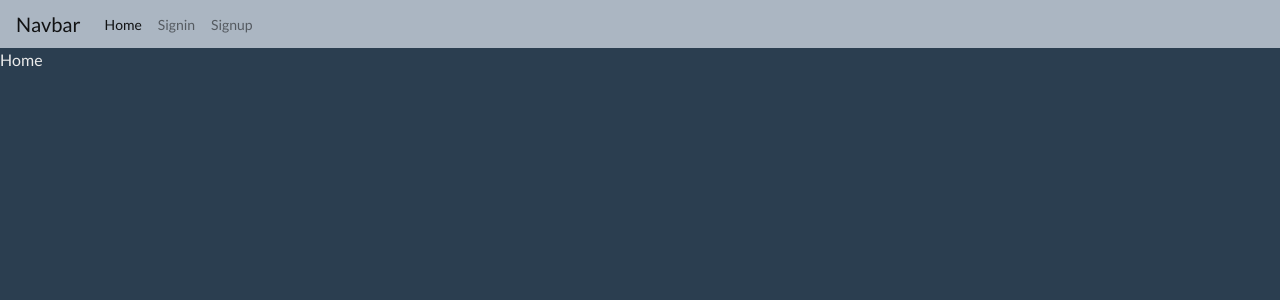
Repository: godlikeAlex/ecommerce-frontend-react
Page: /
An editor plug-in stored every save of this project. The page is shown before and after the next save, followed by the edit.
The browser window is 1280 px wide. The pictures show the whole page.
The project was rebuilt for these pictures with package versions that can differ from the ones it lists, and the page was loaded fresh each time. Also part of the build but not shown: src/components/Auth/SignIn.js, src/components/Auth/SignUp.js.

Above is the page before, as saved 2019-12-12 00:47:29.

After the next save:
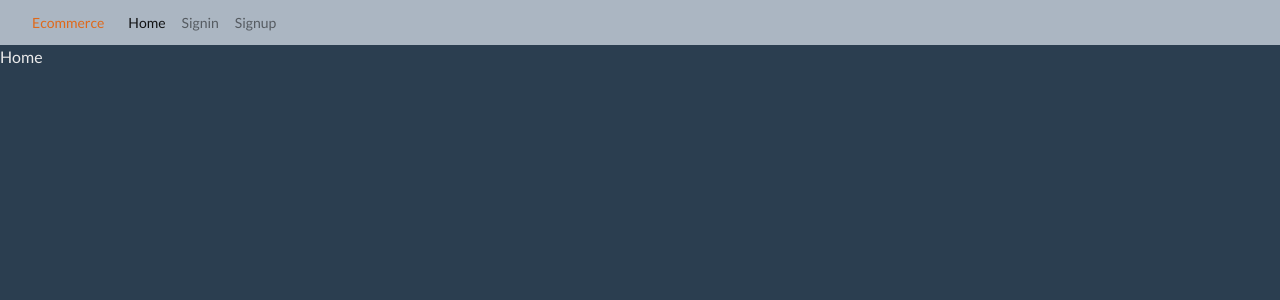
Saved 33 s later.
--- a/src/components/Core/Menu.js
+++ b/src/components/Core/Menu.js
@@ -4,7 +4,7 @@ import { Link } from 'react-router-dom';
 const Menu = () => {
     return (
         <nav class="navbar navbar-expand-lg navbar-light bg-light">
-            <a class="navbar-brand" href="#">Navbar</a>
+            <Link className="nav-item nav-link" to="/">Ecommerce</Link>
             <button class="navbar-toggler" type="button" data-toggle="collapse" data-target="#navbarNavAltMarkup" aria-controls="navbarNavAltMarkup" aria-expanded="false" aria-label="Toggle navigation">
                 <span class="navbar-toggler-icon"></span>
             </button>
